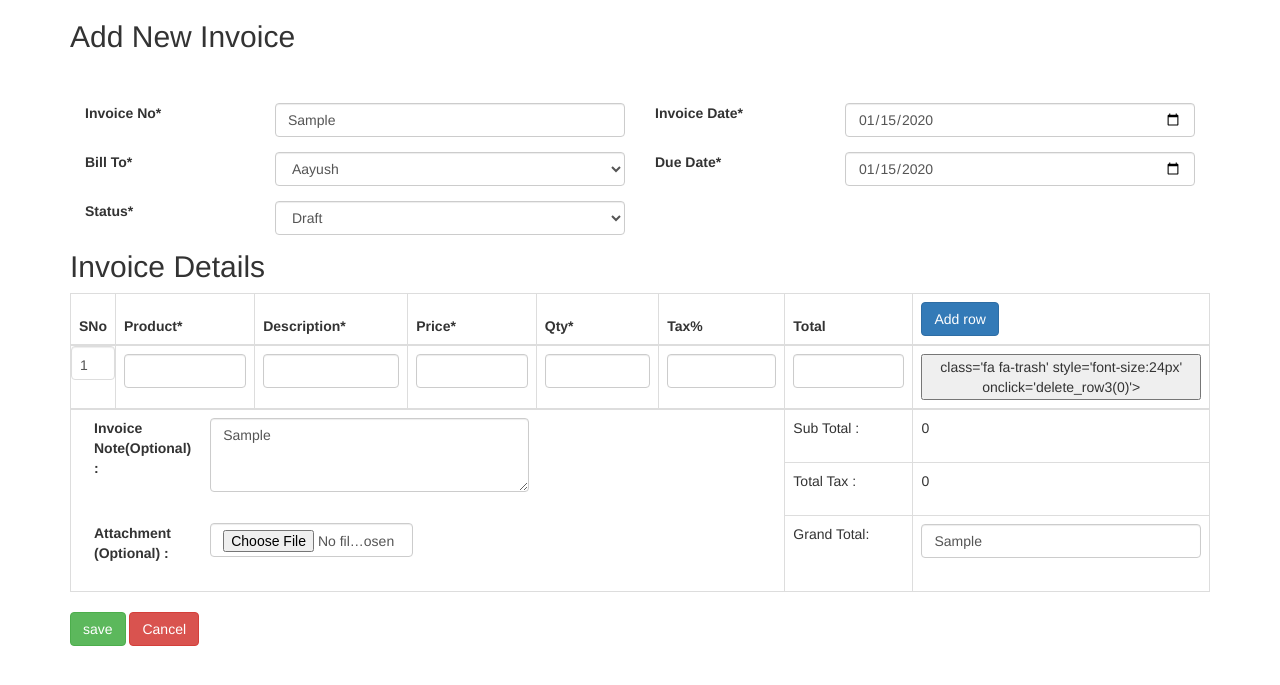
Repository: Aayush13013/Invoice_Management_app
Page: http://localhost/invoiceInfo/WEB-INF/jsp/new_invoiceInfo.jsp
The author's editor kept a copy of each file at every save. The page is drawn from the files as they stood at one save, then again after a run of saves.
The browser window is 1280 px wide. The pictures show the whole page.
Empty fields were first filled with sample values (such as "Sample", 5 or name@example.com).
After loading, the first visible `input.btn` was clicked once.
The page is served by Tomcat 9. Nobody is signed in. Other server files are loaded and not shown. The template is opened directly, without the code that normally fills it, so the values that code supplies are empty.

Above is the page before, as saved 2021-12-28 07:29:27.

### invoiceInfo/invoiceInfo/src/main/webapp/WEB-INF/jsp/new_invoiceInfo.jsp
<%@ page language="java" contentType="text/html; charset=ISO-8859-1"
	pageEncoding="ISO-8859-1"%>
<%@ taglib prefix="form" uri="http://www.springframework.org/tags/form"%>
<%@ taglib prefix="c" uri="http://java.sun.com/jsp/jstl/core"%>


<!DOCTYPE html>
<html>

<head>
<meta charset="ISO-8859-1">
<title>Add New Invoice</title>

<link rel="stylesheet"
	href="https://maxcdn.bootstrapcdn.com/bootstrap/3.4.1/css/bootstrap.min.css">



</head>

<body>
	<script>
	 function addRows() {
         var table = document.getElementById("myTable");

         var counts = (table.rows.length) ;
         var temp=counts+1;

         var row = table.insertRow(counts).outerHTML = "<tr id='row" + counts + "'> " +

             "<td class='form-control serial'></td> " +
             "<td id='productName" + counts + "'><input type='text'   name='listOfProducts[" + counts + "].productName' class='form-control' ></td> " +
             "<td id='description" + counts + "'><input type='text'  name='listOfProducts[" + counts + "].description' class='form-control' ></td> " +
             "<td id='price" + counts + "' ><input type='text'  name='listOfProducts[" + counts + "].price' class='form-control price' ></td> " +
             "<td id='qty" + counts + "' ><input type='text'  name='listOfProducts[" + counts + "].qty' class='form-control qty' ></td> " +
             "<td id='tax" + counts + "' ><input type='text'  name='listOfProducts[" + counts + "].taxPercent' id='taxval" + counts + "' class='form-control tax' ></td> " +
             "<td id='total" + counts + "' ><input type='text'  name='listOfProducts[" + counts + "].total' id='totval" + counts + "' class='form-control total' ></td> " +

             "<td><button> class='fa fa-trash' style='font-size:24px' onclick='delete_row3(" + counts + ")'> </td> " +
             "</tr>";
             serialize();
     }

	 function deleteRow(e){
		 e.parentNode.parentNode.parentNode.removeChild(e.parentNode.parentNode);
		 serialize();
	 }

	 function serialize(){
		 const list = document.querySelectorAll(".serial");
		 list.forEach((ele,idx)=>{
			 ele.innerHTML=idx+1;
		 })
	 }
	</script>
	<div class="container">

		<h2>Add New Invoice</h2>
		<br>



		<form:form action="/saveInvoice" modelAttribute="invoiceInfo"
			method="POST">
			<form:hidden path="id" placeholder="id" class="form-control " />
			<div class="form-row">
				<div class="form-group col-md-2">
					<label>Invoice No*</label>
				</div>
				<div class="form-group col-md-4">
					<form:input type="text" path="invoiceNo" placeholder="invoiceNo"
						required="required" class="form-control" />
				</div>
				<div class="form-group col-md-2">
					<label>Invoice Date*</label>

				</div>
				<div class="form-group col-md-4">
					<form:input type="date" path="invoiceDate"
						placeholder="invoiceDate" class="form-control " />
				</div>
			</div>
			<div class="form-row">
				<div class="form-group col-md-2">
					<label>Bill To*</label>

				</div>
				<div class="form-group col-md-4">
					<form:select path="billTo" class="form-control" required="required">
						<optgroup label="Select_Customer">
							<form:option value="Aayush"></form:option>
							<form:option value="Shridhar"></form:option>
							<form:option value="Suneel"></form:option>
							<form:option value="Lekhana"></form:option>
						</optgroup>
					</form:select>
				</div>
				<div class="form-group col-md-2">
					<label>Due Date*</label>

				</div>

				<div class="form-group col-md-4">
					<form:input type="date" path="dueDate" placeholder="dueDate"
						class="form-control " />
				</div>
			</div>
			<div class="form-row">
				<div class="form-group col-md-2">
					<label>Status*</label>

				</div>
				<div class="form-group col-md-4">
					<form:select path="status" class="form-control">
						<optgroup label="Select_Status">
							<form:option value="Draft"></form:option>
							<form:option value="Sent"></form:option>
							<form:option value="Paid"></form:option>
						</optgroup>
					</form:select>
				</div>
				<div class="form-group col-md-2">
					<label hidden>** :</label>
				</div>
				<div class="form-group col-md-4">
					<input type="text" class="form-control" style="visibility: hidden;">
				</div>
			</div>


			<div class="form-row">
				<h2>Invoice Details</h2>

				<table class="table table-bordered">
					<thead>
						<tr>
							<th>SNo</th>
							<th>Product*</th>
							<th>Description*</th>
							<th>Price*</th>
							<th>Qty*</th>
							<th>Tax%</th>
							<th>Total</th>
							<th><input type="button" value="Add row"
								class="btn btn-primary" onclick="addRows('myTable')" /></th>
						</tr>

					</thead>
					<tbody id="myTable">

					</tbody>
					<tr>
						<td colspan="6" rowspan="2">
							<div class="form-group  col-md-2">
								<label>Invoice Note(Optional) :</label>
							</div>
							<div class="form-group   col-md-6">
								<textarea class="form-control rounded-0" name="invoiceNote"
									id="invoiceNote" rows="3" maxlength="1000"
									placeholder="Invoice Note"></textarea>
							</div>
						</td>
						<td>Sub Total :</td>
						<td><span path="subTotal" name="subTotal" id="subTotal">0</span></td>
					</tr>
					<tr>
						<td>Total Tax :</td>
						<td><span path="totalTax" name="totalTax" id="totalTax">0</span></td>
					</tr>
					<tr>
						<td colspan="6" style="border-top: hidden">
							<div class="form-group  col-md-2">
								<label>Attachment (Optional) :</label>
							</div>
							<div class="form-group col-md-4">
								<input type="file" name="file" path="file"
									placeholder="Attachment" id="file" class="form-control">
							</div>
						</td>
						<td>Grand Total:</td>
						<td><input type="text" path="grandTotal" name="grandTotal"
							id="grandTotal" class="form-control col-4 mb-4" /></td>
					</tr>

				</table>
			</div>

			<input type="submit" value="save" class="btn btn-success" />
			<button type="clear" class="btn btn-danger">Cancel</button>
		</form:form>
	</div>
</body>

</html>

After the next 7 saves:
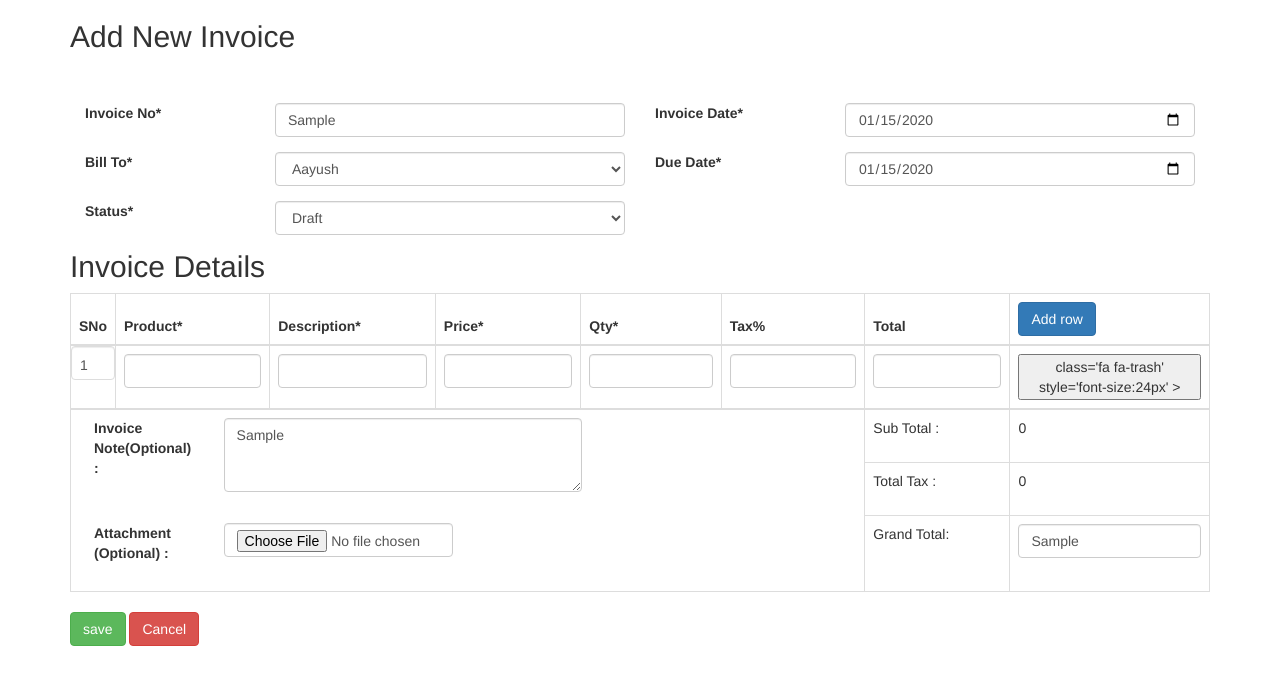
The 7 saves are shown as one change because they came seconds apart.
The last was saved 33 s later.
--- a/invoiceInfo/invoiceInfo/src/main/webapp/WEB-INF/jsp/new_invoiceInfo.jsp
+++ b/invoiceInfo/invoiceInfo/src/main/webapp/WEB-INF/jsp/new_invoiceInfo.jsp
@@ -36,7 +36,7 @@
              "<td id='tax" + counts + "' ><input type='text'  name='listOfProducts[" + counts + "].taxPercent' id='taxval" + counts + "' class='form-control tax' ></td> " +
              "<td id='total" + counts + "' ><input type='text'  name='listOfProducts[" + counts + "].total' id='totval" + counts + "' class='form-control total' ></td> " +
 
-             "<td><button> class='fa fa-trash' style='font-size:24px' onclick='delete_row3(" + counts + ")'> </td> " +
+             "<td><button onclick=deleteRow(this)> class='fa fa-trash' style='font-size:24px' > </td> " +
              "</tr>";
              serialize();
      }
